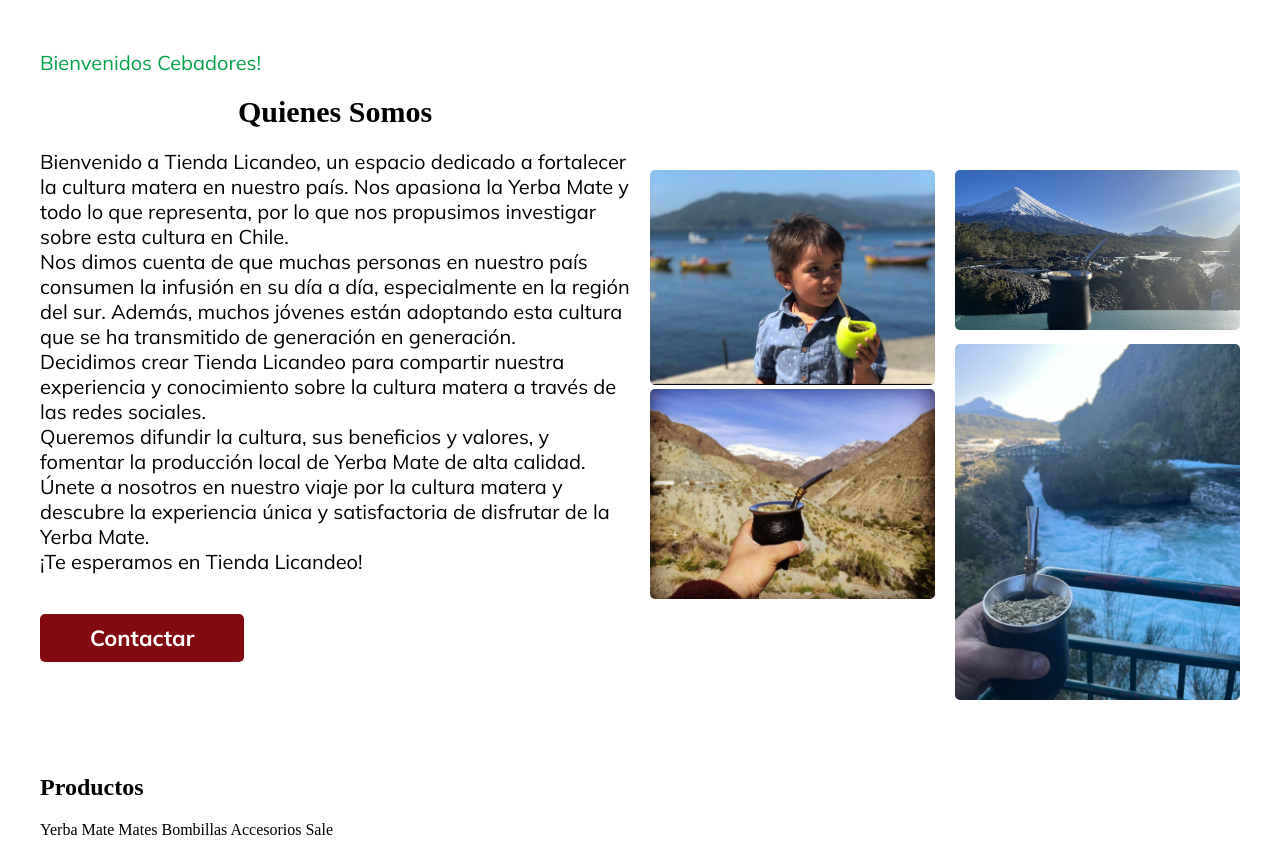
Repository: PiaTrujillo/LICANDEO-main
Page: index.html
The author's editor kept a copy of each file at every save. The page is drawn from the files as they stood at one save, then again after the next save.
The browser window is 1280 px wide. The pictures show the part of the page from y = 748 to 1597 px (the page is 1597 px tall before and 1566 px after).
A picture or video elsewhere on the page could not be fetched, so the positions and the page height are approximate. Some web fonts or font styles are not loaded; a fallback is used. Some web libraries are served in a nearby version.

Above is the page before, as saved 2023-05-09 18:58:36.

### index.html
<!DOCTYPE html>
<html lang="es">
  <head>
    <meta charset="utf-8" />
    <meta name="viewport" content="width=device-width, initial-scale=1.0" />
    <meta http-equiv="X-UA-Compatible" content="ie=edge" />
    <title>Tienda Licandeo</title>
    <script
      src="https://kit.fontawesome.com/283335a286.js"
      crossorigin="anonymous"
    ></script>
    <!--esta informacion es para el estilo de las letras estan en google font -->
    <link rel="preconnect" href="https://fonts.googleapis.com" />
    <link rel="preconnect" href="https://fonts.gstatic.com" crossorigin />
    <link
      href="https://fonts.googleapis.com/css2?family=Arima+Madurai:wght@700&family=Mulish:wght@400;700&display=swap"
      rel="stylesheet"
    />
    <link rel="stylesheet" href="css/normalize.css" />
    <link rel="stylesheet" href="css/estilos.css" />
  </head>
  <body>
    <!--Lo sigueinte es el menu superior donde se establece el Logo y la navegacion-->
    <header class="encabezado">
      <div class="contenedor-navegacion">
        <!-- El Contenido-Navegacion es el padre de Logo y el menu de navegacion -->
        <div class="contenido-navegacion contenedor">
          <div class="logo">
            <!--colores a Licandeo-->
            <h2>
              Tienda <span class="">Li</span><span>can</span
              ><span class="">deo</span>
            </h2>
          </div>
          <nav class="navegacion ocultar">
            <a href="#">Inicio</a>
            <a href="#">Sobre Nosotros</a>
            <a href="#">Tienda</a>
            <a href="#">Ofertas</a>
            <a href="#">Tips Materos</a>
          </nav>
          <!--Se crea el menu desplegable-->
          <div class="hamburguesa"><span></span><span></span><span></span></div>
        </div>
      </div>
      <div class="contenido-header">
        <div class="contenedor-encabezado">
          <div class="texto-encabezado">
            <h2>Tienda Licandeo</h2>
            <a href="#" class="btn bordes">Un Mate</a>
          </div>
          <video autoplay loop muted>
            <source src="/videos/1portada.mp4" />
          </video>
        </div>
      </div>
    </header>
    <!--Diseño de la seccion web-->
    <div class="contenedor-nosotros contenedor">
      <div class="texto-nosotros">
        <p class="bienvenida">Bienvenidos Cebadores!</p>
        <h1>Quienes Somos</h1>
        <p>
          Bienvenido a Tienda Licandeo, un espacio dedicado a fortalecer la
          cultura matera en nuestro país. Nos apasiona la Yerba Mate y todo lo
          que representa, por lo que nos propusimos investigar sobre esta
          cultura en Chile. <br />
          Nos dimos cuenta de que muchas personas en nuestro país consumen la
          infusión en su día a día, especialmente en la región del sur. Además,
          muchos jóvenes están adoptando esta cultura que se ha transmitido de
          generación en generación. <br />
          Decidimos crear Tienda Licandeo para compartir nuestra experiencia y
          conocimiento sobre la cultura matera a través de las redes sociales.
          <br />
          Queremos difundir la cultura, sus beneficios y valores, y fomentar la
          producción local de Yerba Mate de alta calidad. <br />
          Únete a nosotros en nuestro viaje por la cultura matera y descubre la
          experiencia única y satisfactoria de disfrutar de la Yerba Mate.
          <br />
          ¡Te esperamos en Tienda Licandeo!
        </p>
        <a href="#" class="btn btn-rojo">Contactar</a>
      </div>
      <!-- Imagenes  -->
      <div class="imagenes-nosotros">
        <div class="imagen1">
          <img data-src="/imag/imagen1.JPG" alt="Mate frutillar" />
          <img data-src="/imag/imagen7.JPG" alt="Mate concepcion" />
        </div>
        <div class="imagenes2">
          <img data-src="/imag/imagen2.JPG" alt="Mate salto del petrohue" />
          <img data-src="/imag/imagen3.JPG" alt="Mate concepcion" />
        </div>
      </div>
    </div>
    <!-- Menu para los productos -->
    <section class="menu contenedor">
      <!-- Titulo -->
      <h2>Productos</h2>
      <!-- Botones de producto -->
      <div class="botones-productos">
        <buton class="yerba mate">Yerba Mate</buton>
        <buton class="mates">Mates</buton>
        <buton class="bombillas">Bombillas</buton>
        <buton class="accesorios">Accesorios</buton>
        <buton class="sale">Sale</buton>
      </div>
    </section>
    <!--Se enlaza Js con Css-->
    <script src="js/app.js"></script>
  </body>
</html>

### css/estilos.css
:root{
    --azul: #0021f5;
    --verde:#00A149;
    --blanco:#fff;
    --rojo:#820a0e;
    --oscuro:#000;
    --titulos:'Arima Madurai',cursive;
    --parrafos:'Mulish', sans-serif;
}
/* Valor calculado de un contenedro padre  */
html{
    box-sizing: border-box;
    /*1rem = 10px*/
    font-size: 62.5%;
}
body{
    font-size: 1.6rem;
    overflow-x: hidden;
}

*,*::after, *::before{
    box-sizing: inherit;
}
/*        Globales              */
.contenedor{
    max-width: 120rem;
    margin: 0 auto;
    width: 95%;
}
/* fuentes para los titulo y parrafos*/
h1,h2{
    font-family: var(--titulos);
}
h3, p, a{
    font-family: var(--parrafos);
}
/* ubicacion de las imegenes */
img{
    max-width: 100%;
}
/*Estos colores se agregan al titulo con span */
.azul{
    color: var(--azul);
}
.rojo{
    color: var(--rojo);
}
.verde{
    color: var(--verde);
}
/*Que se oculte el menu*/
.ocultar{
    display: none;
    color: var(--blanco);
}
/* Color y estilos de la X */
.btn-cerrar{
    font-size: 3rem;
    font-weight: bold;
    color: var(--blanco);
    position: absolute;
    top: 0;
    right: 50px;
    user-select: none;
}
/*Al posicionar el puntero en la X aparece la mano */
.btn-cerrar:hover{
    cursor: pointer;
}
/* Para el texto Un mate que se encuentra sobre del video */
.btn{
    text-decoration: none;
    color: var(--blanco);
    font-size: 2rem;
    text-transform: capitalize;
    padding: 1rem 5rem;
    border-radius: 5px;
    transition: all .3s ease-in-out;
}
/* para moviles el texto */
@media(min-width:768px){
    .btn{
        font-size: 2.2rem;
    }
}
/* Se agrega el borde a el texto Un Mate */
.bordes{
    border: 3px solid var(--blanco);
}
@media(min-width: 768px) {
    .bordes{
        border: 4px solid var(--blanco);
    }
}
.bordes:hover{
    color: var(--verde);
    background-color: var(--blanco);
}
/* Boton abajo del texto */
.btn-rojo{
    background-color: var(--rojo);
    font-weight: bold;
    display: inline-block;
    margin-top: 2rem;
    margin-bottom: 2rem;
}
/* como se sopreponer los elementos */
.pantalla-completa{
    position: absolute;
    top: 0;
    left: 0;
    bottom: 0;
    right: 0;
    background-color: rgba(0,0,0,.5);
    z-index: 4;
}
@keyframes desplazamiento {
    0%{
        transform: translateX(100%);
    }

    100%{
        transform:translateX(0);
    }
}
/*Encabezado*/
/*color de contenedor de logo y menu*/
.contenedor-navegacion{
    background-color: var(--oscuro);
    position: relative;
    z-index: 5;
}
.contenido-navegacion{
    display: flex;
    align-items: center;
    justify-content: space-between;
}
/*color para el logo y el menu*/
.logo h2, .navegacion a {
    color: var(--blanco);
}
.logo h2{
    font-size: 3rem;
}
/* quitar las lineas ubicadas abajo del menu de navegacion*/
/* Estilos de movil*/
.navegacion a{
    text-decoration: none;
    font-size: 2.2rem;
    padding: 1.5rem;
    padding-left: 4rem;
    /* para el menu de navegacion se vea de modo vertical*/
    display: block;
    /* transicion del menu de naveghacion */
    transition: color .3s ease-in-out;
    text-align: center;
}
@media(min-width: 768px) {
    .navegacion a{
        text-align: left;
    }
}
/* colores de las letras pares e impares del menu de navegacion */
.navegacion a:nth-child(even):hover{
    color: var(--verde);
}
.navegacion a:nth-child(odd):hover{
    color: var(--verde);
}
.navegacion a:first-of-type{
    margin-top: 5rem;
}
/* para que el menu de navegacion se posicione al costado derecho*/
.navegacion{
    position: absolute;
    top: 0;
    right: 0;
    bottom: 0;
    height: 100vh;
    width: 40rem;
    padding: 3rem 4rem;
    background-color: var(--oscuro);
    animation: desplazamiento .5s ease-in-out;
}
/*Al posicionarse en el menu hamburguesa aparezca la mano */
.hamburguesa:hover{
    cursor: pointer;
}
/*Menu desplegable ubicado en index*/
.hamburguesa span{
    background-color: var(--blanco);
    display: block;
    width: 5rem;
    height: .5rem;
    margin-bottom: .5rem;
    animation: desplazamiento .5s ease-in-out;
}
/* Video */
.contenido-header{
    position: relative;
}
.contenido-header::before{
    content: '';
    position: absolute;
    top:0;
    left: 0;
    right: 0;
    bottom: 0;
    background-color: rgba(0,0,0,.5);
}
/* posicionar texto al medio del video */
.texto-encabezado{
    position: absolute;
    z-index: 2;
    width: 100%;
    height: 80%;
    display: flex;
    flex-direction: column;
    /* se alinea al centro del video el texto */
    align-items: center;
    justify-content: center;
}
.texto-encabezado h2{
    color: var(--blanco);
    font-size: 4rem;
}
/* respons para movil */
@media(min-width: 768px) {
    .texto-encabezado h2{
        font-size: 8rem;
    }
}
video{
    width: 100%;
    height: 100%;
}
/* Imagenes */
.contenedor-nosotros{
    padding-top: 5rem;
    font-size: medium;
}
@media(min-width: 768px) {
    .contenedor-nosotros{
        display: flex;
        justify-content: space-between;
    }
}
.texto-nosotros, .imagenes-nosotros{
    flex: 0 0 calc(50% - 1rem) ;
}
/* Texto de las imagenes */
.texto-nosotros .bienvenida{
    font-size: 2rem;
    color: var(--verde);
    text-align: center;
}
@media(min-width: 768px) {
    .texto-nosotros .bienvenida{
        text-align: left;
    }
}
.texto-nosotros h1{
    font-size: 3rem;
    text-align: center;
}
}
@media(min-width: 768px) {
    .texto-nosotros h1{
        text-align: left;
    }
}
.texto-nosotros p{
    font-size: 2rem;
    text-align: center;
}
@media(min-width: 768px) {
    .texto-nosotros p{
        text-align: left;
    }
}
.imagenes-nosotros{
    display: flex;
    justify-content: space-between;
}
.imagen1, .imagenes2{
    flex: 0 0 calc(50% - 1rem);
}
.imagenes-nosotros img{
    border-radius: 5px;
}

.imagenes2 img{
    margin-bottom: 1rem;
}

### js/app.js
//para que el menu desaparezca//
const menu = document.querySelector('.hamburguesa');
const navegacion = document.querySelector('.navegacion');
const imagenes = document.querySelectorAll('img');

document.addEventListener('DOMContentLoaded', ()=>{
    eventos();
});

const eventos = () =>{
    menu.addEventListener('click',abrirMenu);
}
//esta funcion realiza que al momento de dar click al menu de hamburguesa se habilite el menu//
const abrirMenu = () =>{
    navegacion.classList.remove('ocultar');
    botonCerrar();
}
//Esta funciones es para que el menu de navegacion se cierre/
const botonCerrar = () =>{
    //Metodo para colocar una X al menu de navegacion//
    const btnCerrar = document.createElement('p');
    const overlay = document.createElement('div');
    overlay.classList.add('pantalla-completa');
    const body = document.querySelector('body');
    if(document.querySelectorAll('.pantalla-completa').length > 0) return;
    body.appendChild(overlay);
    btnCerrar.textContent = 'x';
    btnCerrar.classList.add('btn-cerrar');

    // while(navegacion.children[5]){
    //     navegacion.removeChild(navegacion.children[5]);
    // }
    navegacion.appendChild(btnCerrar);
    cerrarMenu(btnCerrar, overlay);
}
// imagenes de la pagina//
imagenes.forEach(imagen=>{

    imagen.src = imagen.dataset.src;
});
//Funcion para cerrar el menu de navegacion//
const cerrarMenu = (boton, overlay) =>{
    boton.addEventListener('click',()=>{
         //Cerrar navegacion//
        navegacion.classList.add('ocultar');
        overlay.remove();
        boton.remove();
    });

    overlay.onclick = function(){
        overlay.remove();
        //Cerrar navegacion//
        navegacion.classList.add('ocultar');
        boton.remove();
    }
}

Loaded but not shown: TestDjango/core/templates/core/css/normalize.css (library)

After the next save:
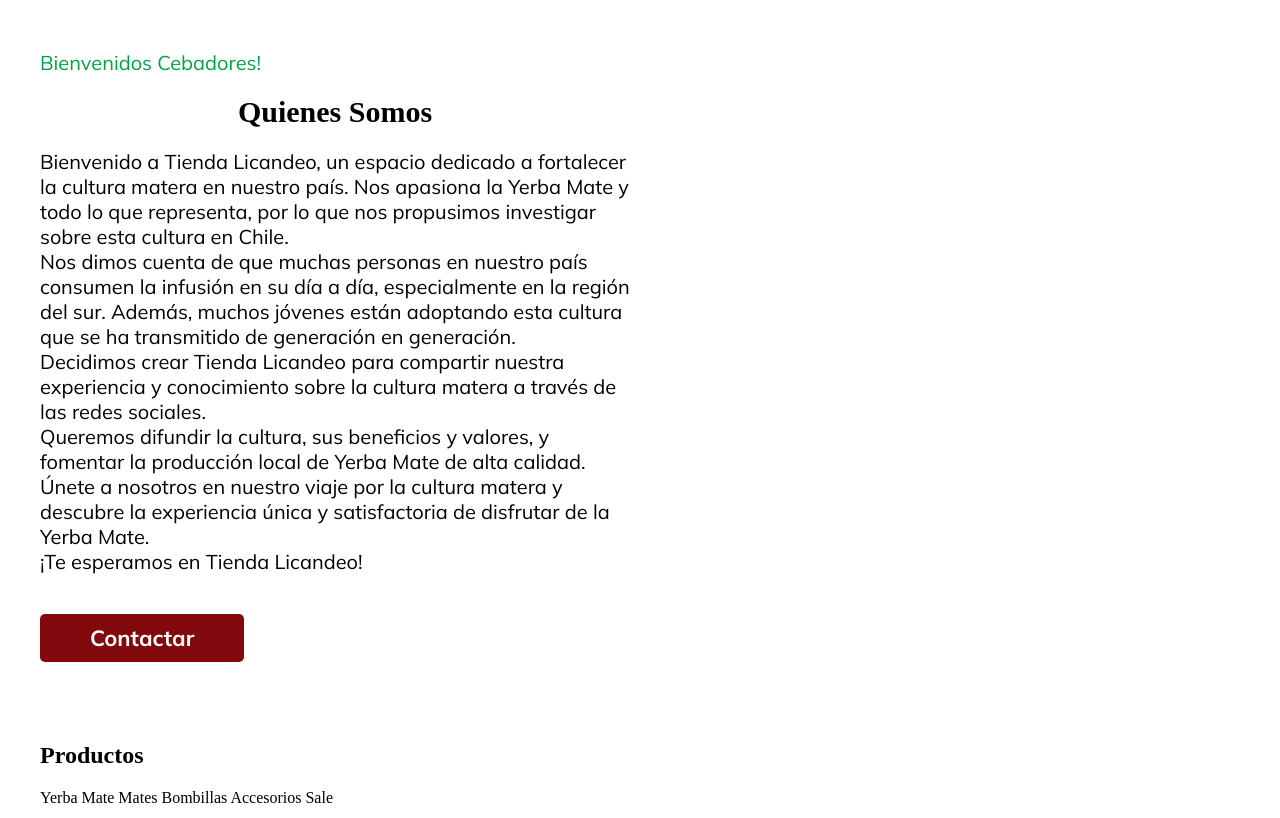
Saved 23 s later.
--- a/css/estilos.css
+++ b/css/estilos.css
@@ -237,7 +237,6 @@ video{
 /* Imagenes */
 .contenedor-nosotros{
     padding-top: 5rem;
-    font-size: medium;
 }
 @media(min-width: 768px) {
     .contenedor-nosotros{
@@ -283,7 +282,7 @@ video{
     justify-content: space-between;
 }
 .imagen1, .imagenes2{
-    flex: 0 0 calc(50% - 1rem);
+    flex: 0 0 calc(50% - 56rem);
 }
 .imagenes-nosotros img{
     border-radius: 5px;
